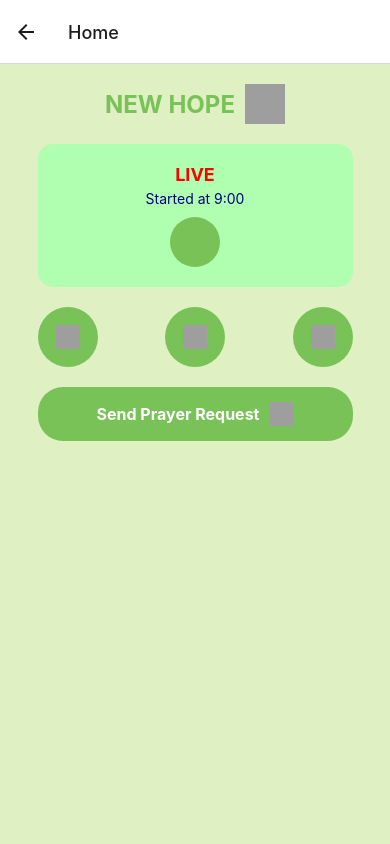
Repository: AbrahamM007/NewHopeChurchApp
Screen: /Home
An editor plug-in stored every save of this project. The screen is shown before and after the next save, followed by the edit.
Pictures or frames that could not be fetched are drawn as grey boxes. The app was drawn by React Native's web renderer in a window 390 px wide. The project was rebuilt for these pictures with package versions that can differ from the ones it lists, and the page was loaded fresh each time. Some packages were replaced by stand-ins written for this rebuild. Also part of the build but not shown: screens/SignUpScreen.js. Imported but missing from the stored project, and not drawn on this page: assets/icons/Polygon 1.

Above is the screen before, as saved 2024-10-24 20:35:46.

After the next save:
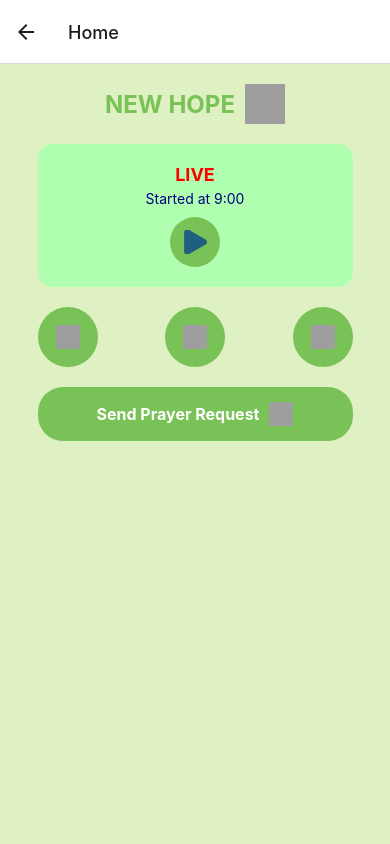
Saved 4 s later.
--- a/screens/HomeScreen.js
+++ b/screens/HomeScreen.js
@@ -20,7 +20,7 @@ const HomeScreen = () => {
         <Text style={styles.startTimeText}>Started at 9:00</Text>
         <TouchableOpacity style={styles.playButton}>
           <Image
-            source={require('../assets/icons/Polygon 1')}
+            source={require('../assets/icons/Polygon 1.svg')}
             style={styles.iconImage}
           />
         </TouchableOpacity>
